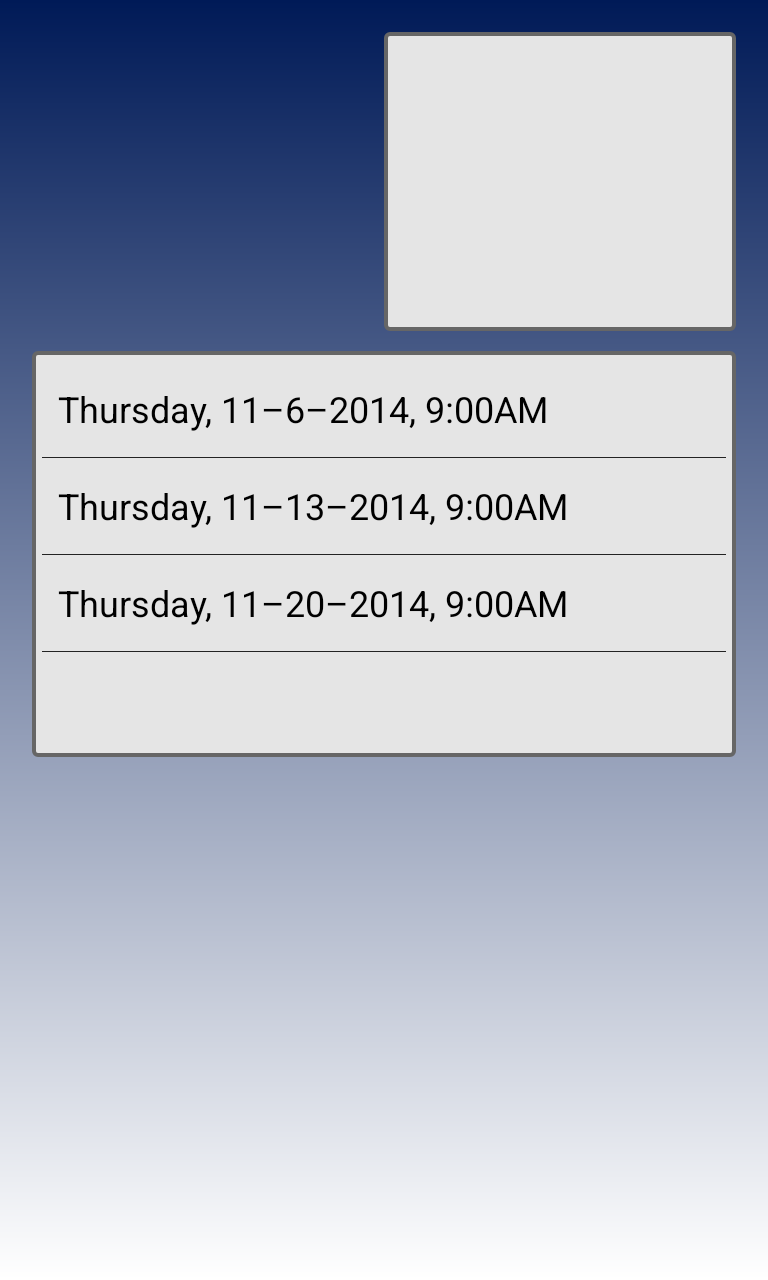
Repository: duke-compsci408-fall2014/GlassRx
Layout: AndroidRx/res/layout/activity_patient_medication.xml
These files come from the project's save history. The layout is drawn as it stood at one moment and after the next save; the edit follows.
It is drawn on a 768 x 1280 px phone screen (xhdpi) without system bars, with theme AppTheme; the app's code is not run. Lists and similar views that code fills are empty.

Above is the layout before, as saved 2014-12-10 03:11:57.

After the next save:
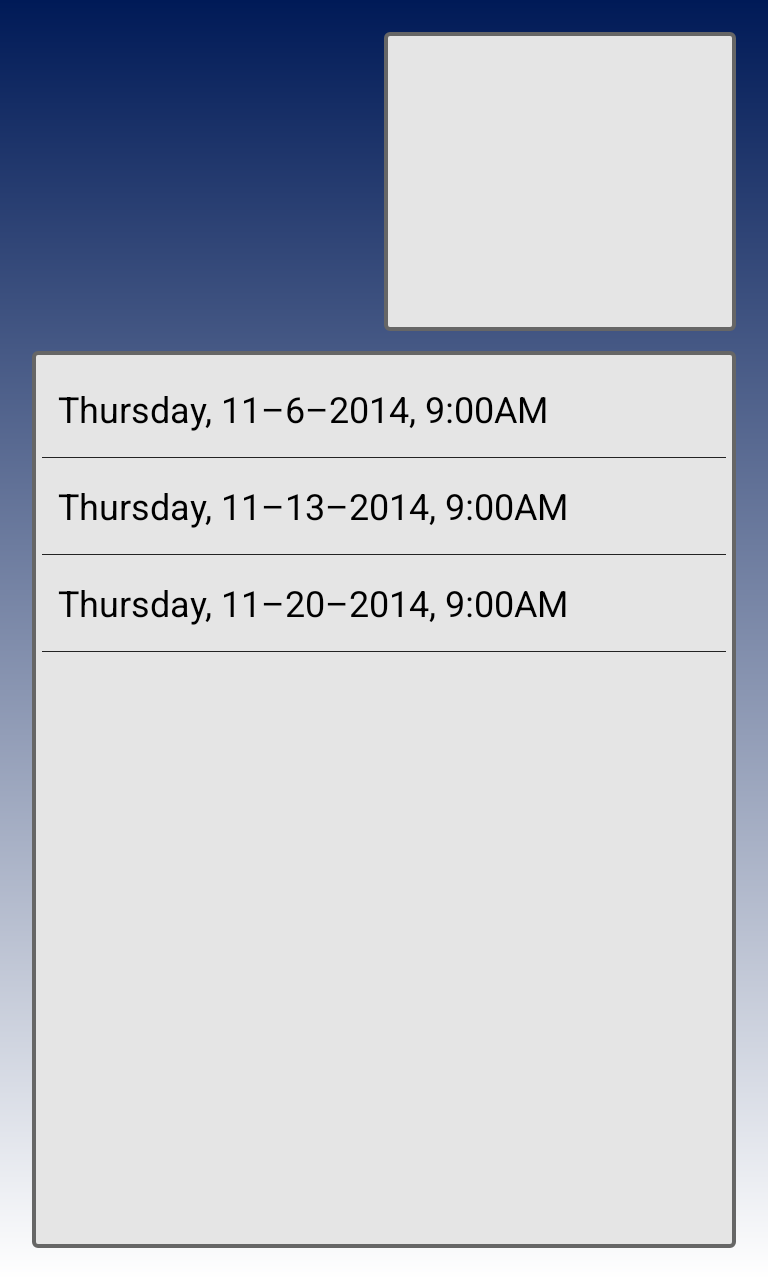
Saved 6 s later.
--- a/AndroidRx/res/layout/activity_patient_medication.xml
+++ b/AndroidRx/res/layout/activity_patient_medication.xml
@@ -40,7 +40,7 @@
 	     android:id="@+id/listview_med_events"
 	     android:layout_width="match_parent"
 	     android:layout_height="0dp"
-	  	 android:layout_weight=".34"
+	  	 android:layout_weight=".75"
 	     android:layout_marginTop="10dp"
 	     android:entries="@array/alarm_array" >
 	 </ListView>
